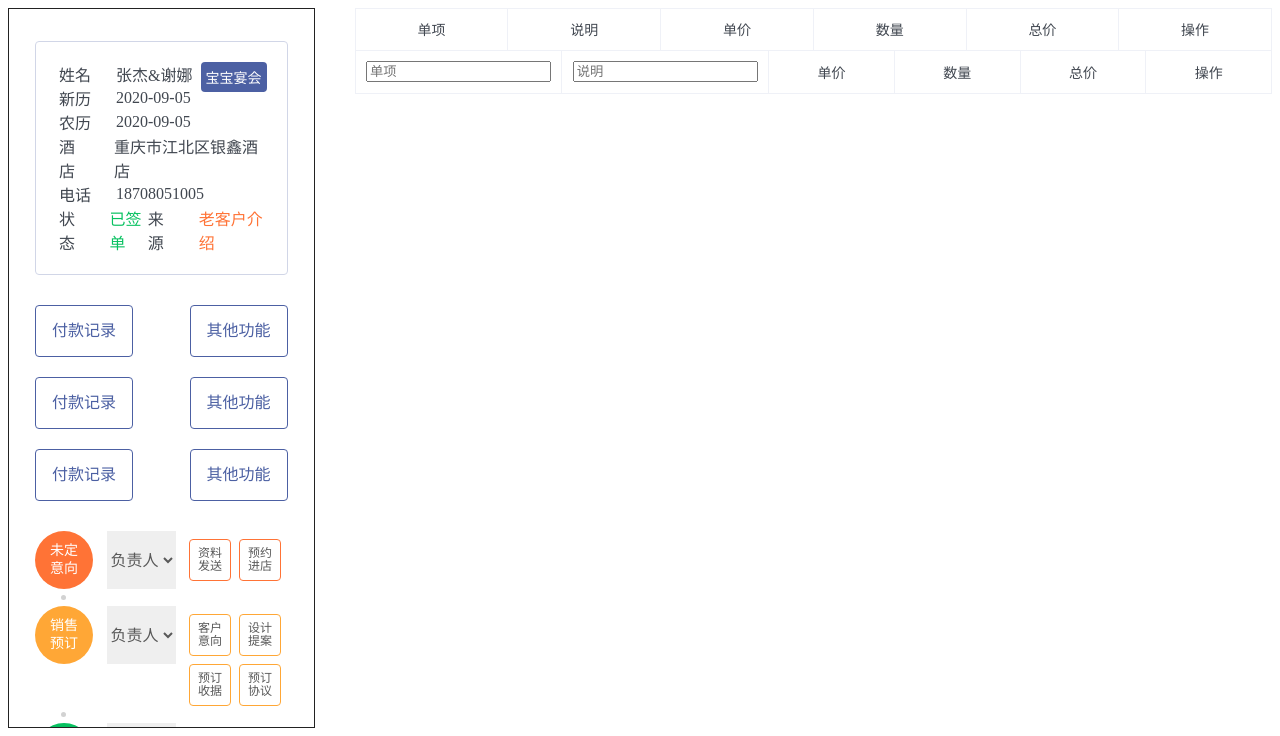
Repository: Lairuola/wedding-1
Page: index.html
These files come from the project's save history. The page is drawn as it stood at one moment and after the next save; the edit follows.
The browser window is 1280 px wide. The pictures show the whole page.

Above is the page before, as saved 2020-12-24 15:56:32.

After the next save:
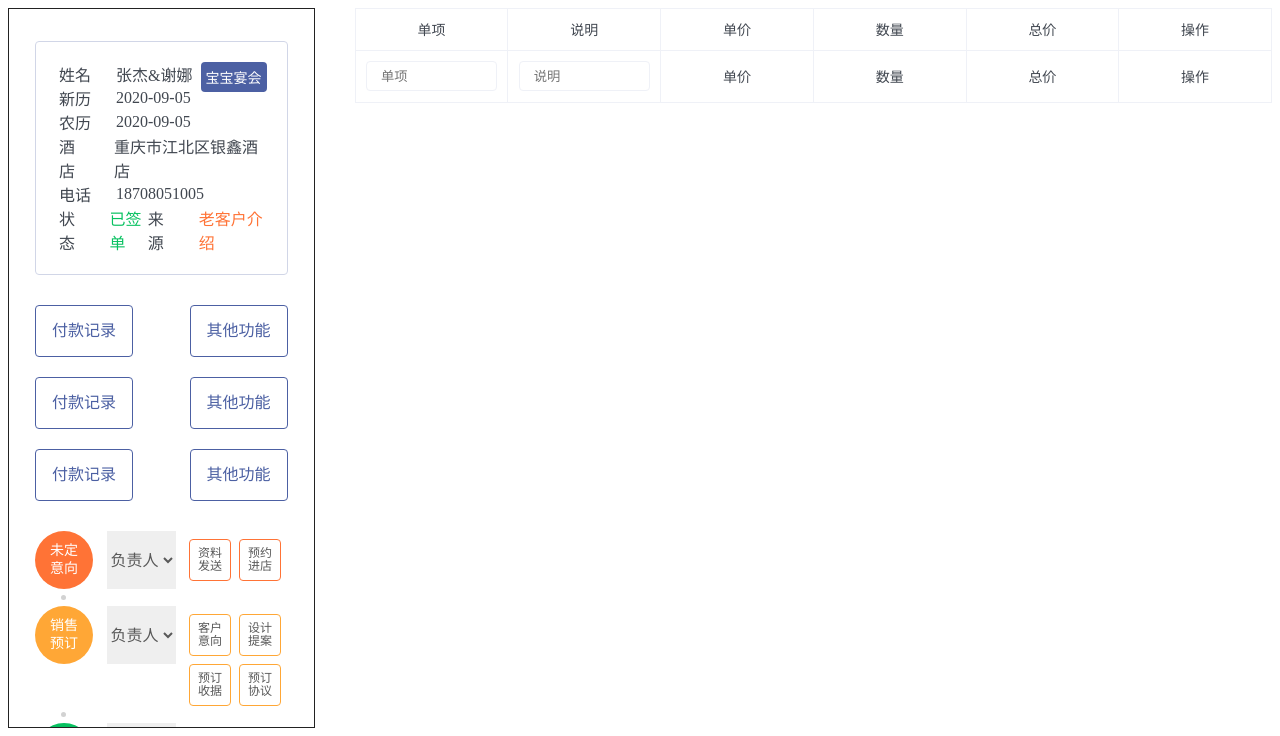
Saved 38 s later.
--- a/index.html
+++ b/index.html
@@ -2,7 +2,7 @@
  * @Author       : 濑若拉
  * @Date         : 2020-12-17 10:22:14
  * @LastEditors  : 濑若拉
- * @LastEditTime : 2020-12-24 15:56:32
+ * @LastEditTime : 2020-12-24 15:57:10
  * @FilePath     : /slidebar/index.html
 -->
 
@@ -312,7 +312,8 @@
       border-bottom: 0;
     }
 
-    .my-table .rows .item .single {
+    .my-table .rows .item .single-input,
+    .my-table .rows .item .info-input {
       background-color: #fff;
       border: 1px solid #eff1f7;
       width: 100%;
